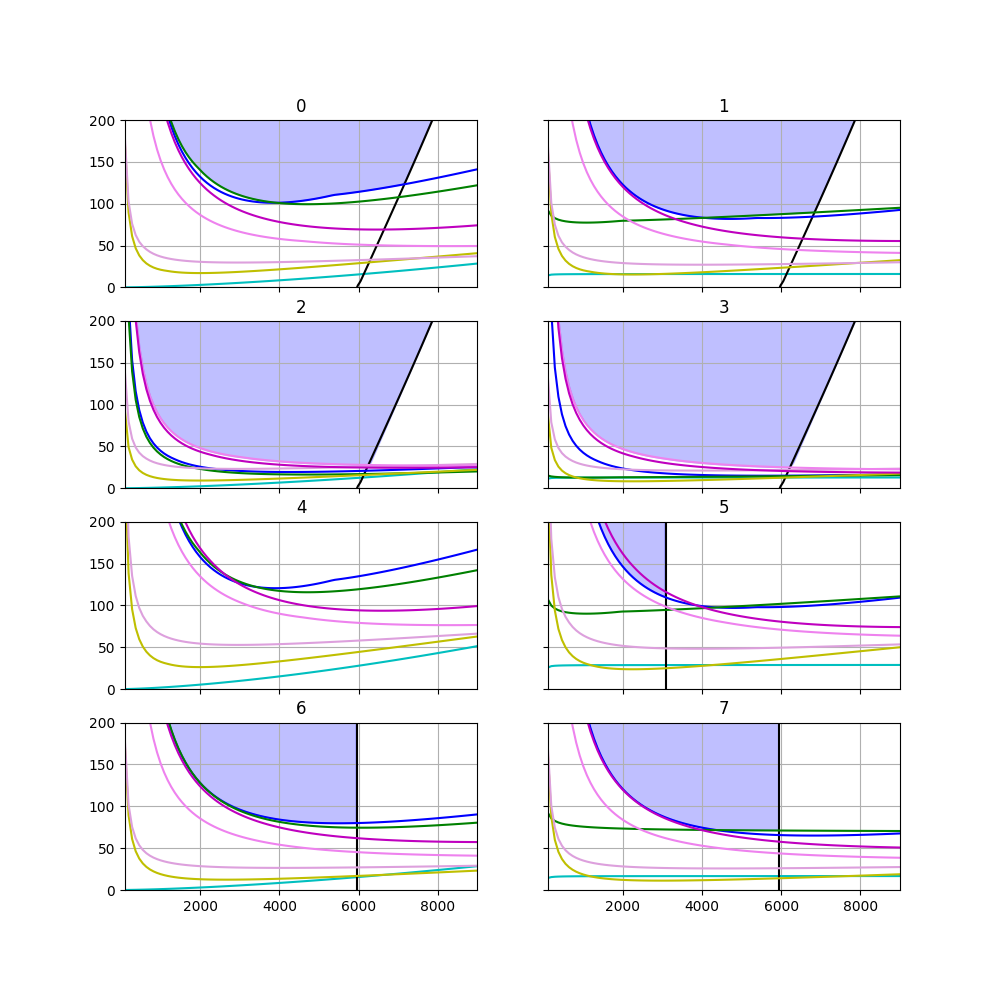
Repository: 12libao/DEA
Script's output: python Sizing_Method/ConstrainsAnalysis/ConstrainsAnalysisPDP1P2.py
The author's editor kept a copy of each file at every save. The script's output is drawn from the files as they stood at one save, then again after the next save.
Random numbers start from a fixed seed.

Above is the script's output before, as saved 2021-07-12 15:18:26.

After the next save:
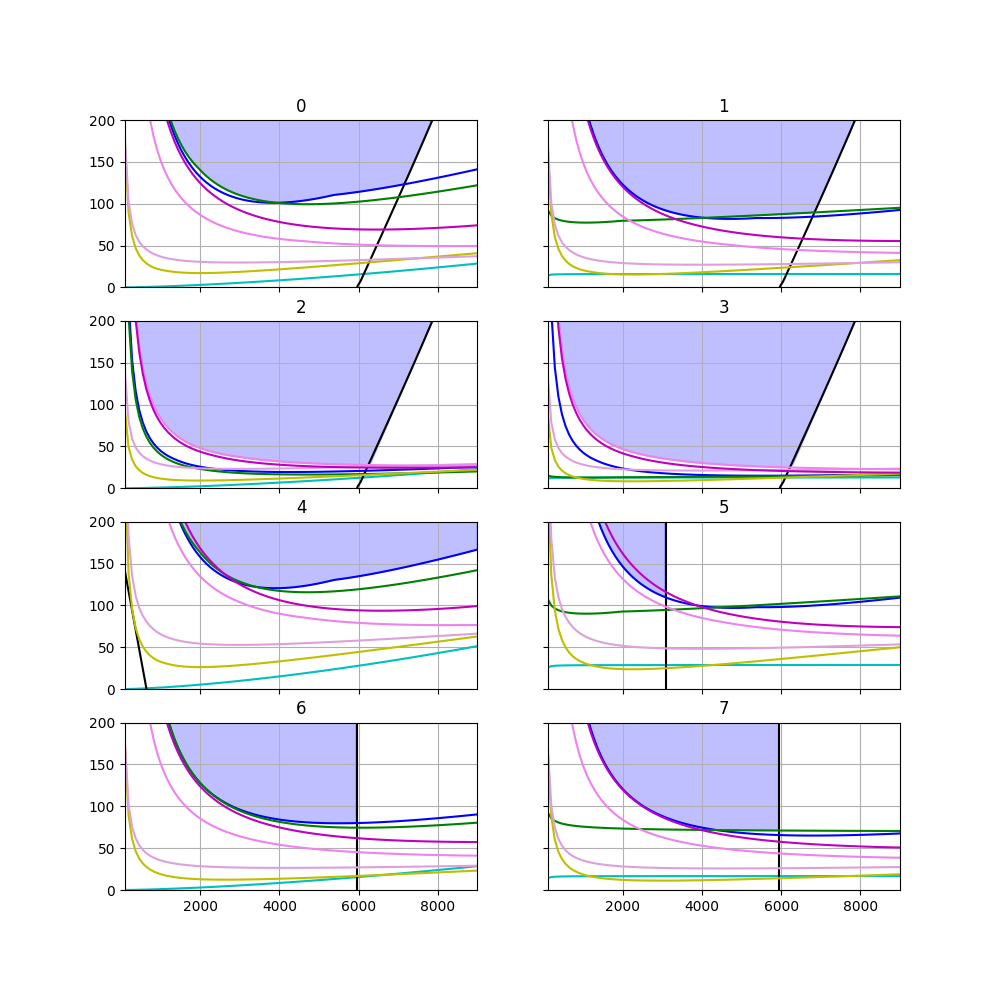
Saved 88 s later.
--- a/Sizing_Method/ConstrainsAnalysis/ConstrainsAnalysisPDP1P2.py
+++ b/Sizing_Method/ConstrainsAnalysis/ConstrainsAnalysisPDP1P2.py
@@ -543,7 +543,7 @@ if __name__ == "__main__":
 
             if i == 1:
                 if k==4 or k==5:
-                    p_w[i, :, 4] = p_w[i, :, 0]
+                    p_w[i, :, 4] = -p_w[i, :, 0]
 
                 ax[k].plot(p_w[i, :, k], np.linspace(0, 250, n), color=color[i], label=constrains_name[i])
             else:
